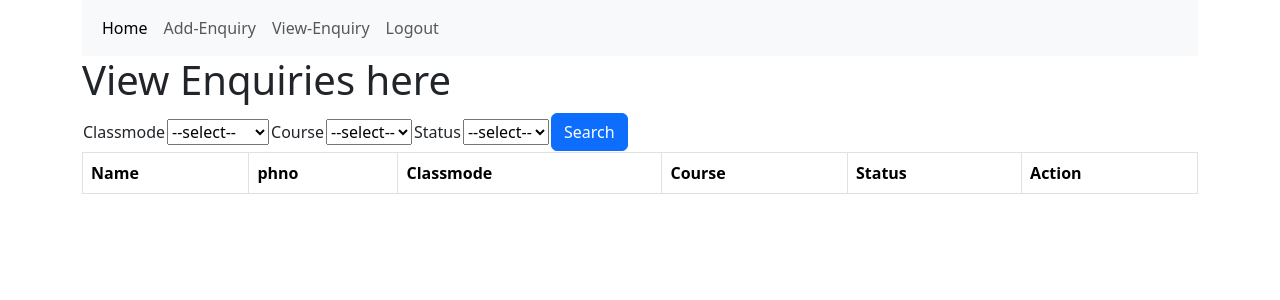
Repository: lakshmi0817/Jrtp_projects
Page: http://localhost/view-enquiry
These files come from the project's save history. The page is drawn as it stood at one moment and after the next save; the edit follows.
The browser window is 1280 px wide. The pictures show the whole page.
The page is this project's Thymeleaf template; nobody is signed in. The template is opened directly, without the code that normally fills it, so the values that code supplies are empty.

Above is the page before, as saved 2025-01-03 02:55:27.

### 01_Mini_Project/src/main/resources/templates/view-enquiry.html
<!doctype html>
<html lang="en">

<head>
	<meta charset="utf-8">
	<meta name="viewport" content="width=device-width, initial-scale=1">
	<title>View Enquiry</title>
	<link href="https://cdn.jsdelivr.net/npm/bootstrap@5.3.3/dist/css/bootstrap.min.css" rel="stylesheet"
		integrity="sha384-QWTKZyjpPEjISv5WaRU9OFeRpok6YctnYmDr5pNlyT2bRjXh0JMhjY6hW+ALEwIH" crossorigin="anonymous">
</head>

<body>
	<div class="container">

		<nav class="navbar navbar-expand-lg bg-body-tertiary">
			<div class="container-fluid">
				<button class="navbar-toggler" type="button" data-bs-toggle="collapse" data-bs-target="#navbarNav"
					aria-controls="navbarNav" aria-expanded="false" aria-label="Toggle navigation">
					<span class="navbar-toggler-icon"></span>
				</button>
				<div class="collapse navbar-collapse" id="navbarNav">
					<ul class="navbar-nav">
						<li class="nav-item">
							<a class="nav-link active" aria-current="page" href="dashboard">Home</a>
						</li>
						<li class="nav-item">
							<a class="nav-link" href="enquiry-page">Add-Enquiry</a>
						</li>
						<li class="nav-item">
							<a class="nav-link" href="view-enquiry">View-Enquiry</a>
						</li>
						<li class="nav-item">
							<a class="nav-link" href="logout">Logout</a>
						</li>

					</ul>
				</div>
			</div>
		</nav>

		<h1> View Enquiries here</h1>

		<form th:action="@{filter-enquiry}" th:object="${filterDto}" method="post">
			<table>
				<tr>
					<td>Classmode</td>
					<td>
						<select th:field="*{classmode}">
							<option value="">--select--</option>
							<option value="classroom">Classroom</option>
							<option value="online">Online</option>
						</select>
					</td>

					<td>Course</td>
					<td>
						<select th:field=" *{course}">
							<option value="">--select--</option>
							<option value="java">Java</option>
							<option value="python">Python</option>
							<option value="devOps">DevOps</option>
							<option value="angular">Angular</option>
							<option value="aws">AWS</option>
						</select>
					</td>

					<td>Status</td>
					<td>
						<select th:field="*{status}">
							<option value="">--select--</option>
							<option value="open">open</option>
							<option value="enrolled">enrolled</option>
							<option value="lost">lost</option>
						</select>
					</td>

					<td>
						<input type="submit" value="Search" class="btn btn-primary">
					</td>

				</tr>
			</table>
		</form>

		<table class="table table-bordered table-striped">
			<thead>
				<tr>
					<th>Name</th>
					<th>phno</th>
					<th>Classmode</th>
					<th>Course</th>
					<th>Status</th>
					<th>Action</th>
				</tr>
			</thead>
			<tbody>
				<tr th:each="enq: ${enquiries}">
					<td th :text="${enq.name}"></td>
					<td th :text="${enq.phno}"></td>
					<td th :text="${enq.classmode}"></td>
					<td th :text="${enq.course}"></td>
					<td th :text="${enq.status}"></td>
					<td>
						<a th:href="">Edit</a>
					</td>
				</tr>
			</tbody>
		</table>


	</div>
	<script src="https://cdn.jsdelivr.net/npm/bootstrap@5.3.3/dist/js/
	bootstrap.bundle.min.js" integrity="sha384-YvpcrYf0tY3lHB60NNkmXc5s9fDVZLESaAA55NDzOxhy9GkcIdslK1eN7N6jIeHz"
		crossorigin="anonymous"></script>
</body>

</html>

After the next save:
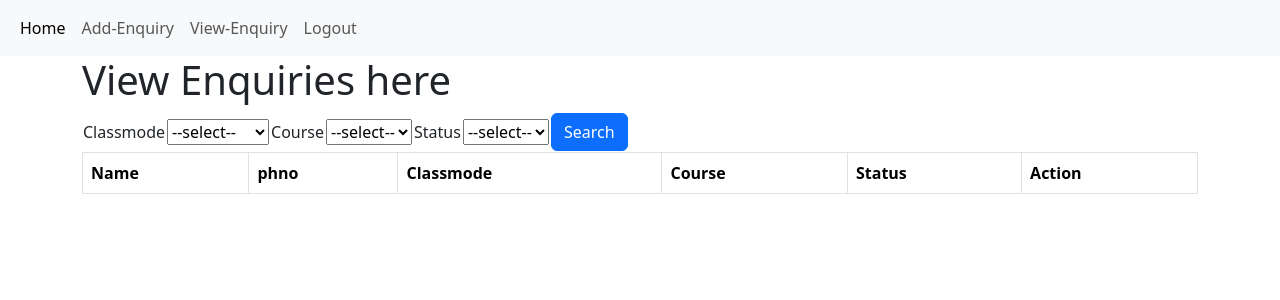
Saved 3 h 59 min later.
--- a/01_Mini_Project/src/main/resources/templates/view-enquiry.html
+++ b/01_Mini_Project/src/main/resources/templates/view-enquiry.html
@@ -10,33 +10,35 @@
 </head>
 
 <body>
+
+	<nav class="navbar navbar-expand-lg bg-body-tertiary">
+				<div class="container-fluid">
+					<button class="navbar-toggler" type="button" data-bs-toggle="collapse" data-bs-target="#navbarNav"
+						aria-controls="navbarNav" aria-expanded="false" aria-label="Toggle navigation">
+						<span class="navbar-toggler-icon"></span>
+					</button>
+					<div class="collapse navbar-collapse" id="navbarNav">
+						<ul class="navbar-nav">
+							<li class="nav-item">
+								<a class="nav-link active" aria-current="page" href="dashboard">Home</a>
+							</li>
+							<li class="nav-item">
+								<a class="nav-link" href="enquiry-page">Add-Enquiry</a>
+							</li>
+							<li class="nav-item">
+								<a class="nav-link" href="view-enquiry">View-Enquiry</a>
+							</li>
+							<li class="nav-item">
+								<a class="nav-link" href="logout">Logout</a>
+							</li>
+
+						</ul>
+					</div>
+				</div>
+			</nav>
+
 	<div class="container">
 
-		<nav class="navbar navbar-expand-lg bg-body-tertiary">
-			<div class="container-fluid">
-				<button class="navbar-toggler" type="button" data-bs-toggle="collapse" data-bs-target="#navbarNav"
-					aria-controls="navbarNav" aria-expanded="false" aria-label="Toggle navigation">
-					<span class="navbar-toggler-icon"></span>
-				</button>
-				<div class="collapse navbar-collapse" id="navbarNav">
-					<ul class="navbar-nav">
-						<li class="nav-item">
-							<a class="nav-link active" aria-current="page" href="dashboard">Home</a>
-						</li>
-						<li class="nav-item">
-							<a class="nav-link" href="enquiry-page">Add-Enquiry</a>
-						</li>
-						<li class="nav-item">
-							<a class="nav-link" href="view-enquiry">View-Enquiry</a>
-						</li>
-						<li class="nav-item">
-							<a class="nav-link" href="logout">Logout</a>
-						</li>
-
-					</ul>
-				</div>
-			</div>
-		</nav>
 
 		<h1> View Enquiries here</h1>
 
